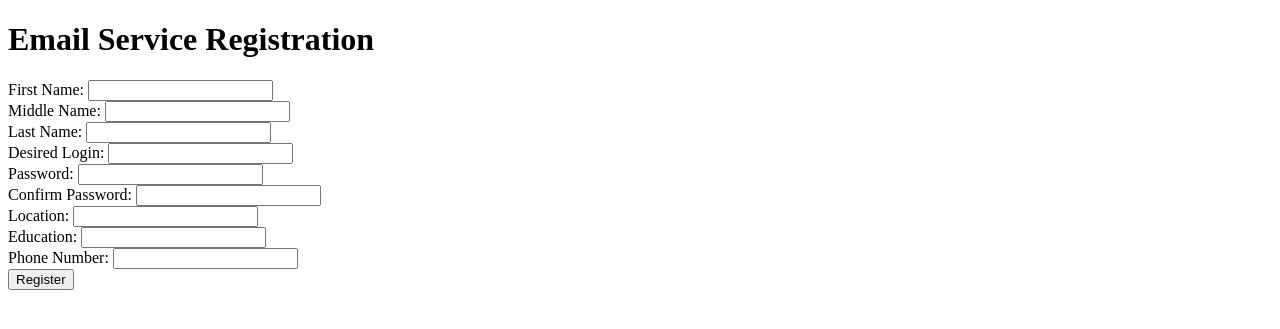
Repository: KnOX-07/eclipse-workspace
Page: ValidationForm/src/main/webapp/registration.html
An editor plug-in stored every save of this project. The page is shown before and after the next save, followed by the edit.
The browser window is 1280 px wide. The pictures show the whole page.

Above is the page before, as saved 2024-08-08 12:34:35.

After the next save:
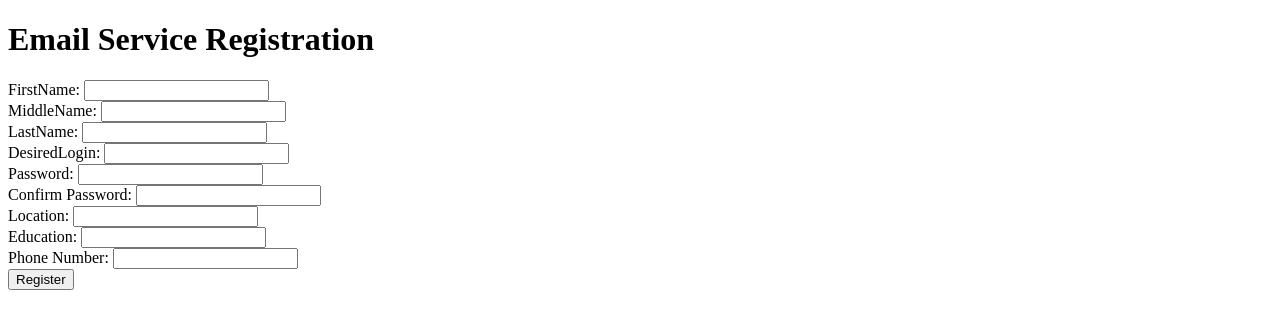
Saved 38 s later.
--- a/ValidationForm/src/main/webapp/registration.html
+++ b/ValidationForm/src/main/webapp/registration.html
@@ -7,16 +7,16 @@
 <body>
 	<h1>Email Service Registration</h1>
     <form action="RegisterServlet" method="post">
-        <label for="firstName">First Name:</label>
+        <label for="firstName">FirstName:</label>
         <input type="text" id="firstName" name="firstName" required><br>
 
-        <label for="middleName">Middle Name:</label>
+        <label for="middleName">MiddleName:</label>
         <input type="text" id="middleName" name="middleName"><br>
 
-        <label for="lastName">Last Name:</label>
+        <label for="lastName">LastName:</label>
         <input type="text" id="lastName" name="lastName" required><br>
 
-        <label for="login">Desired Login:</label>
+        <label for="login">DesiredLogin:</label>
         <input type="text" id="login" name="login" required><br>
 
         <label for="password">Password:</label>
